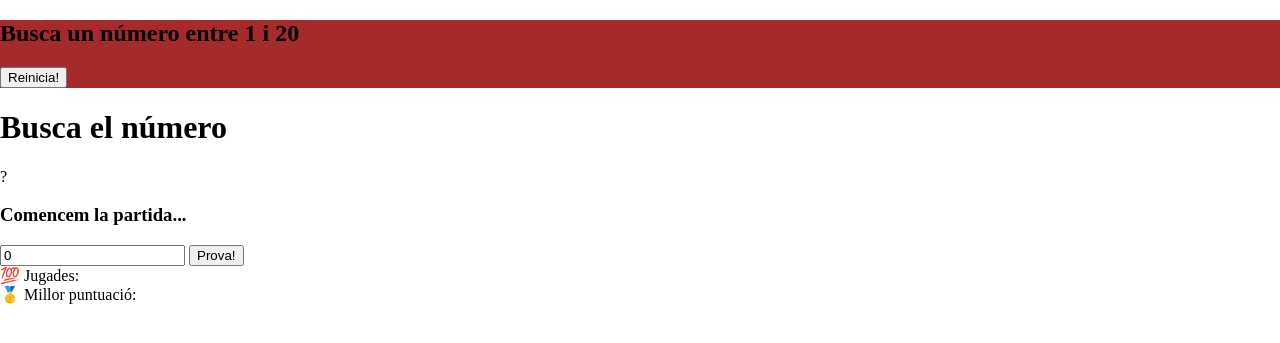
Repository: rdalmau23/M06_01
Page: index.html
An editor plug-in stored every save of this project. The page is shown before and after the next save, followed by the edit.
The browser window is 1280 px wide. The pictures show the whole page.

Above is the page before, as saved 2024-10-11 11:14:06.

After the next save:
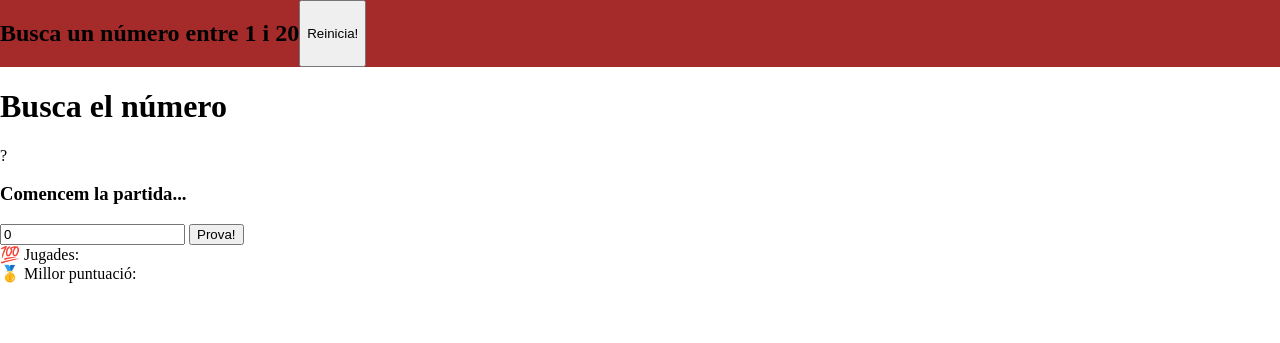
Saved 66 s later.
--- a/style.css
+++ b/style.css
@@ -3,4 +3,6 @@ body{
 }
 header{
     background-color: brown;
+    display: flex;
+    justify-items: flex-end;
 }
